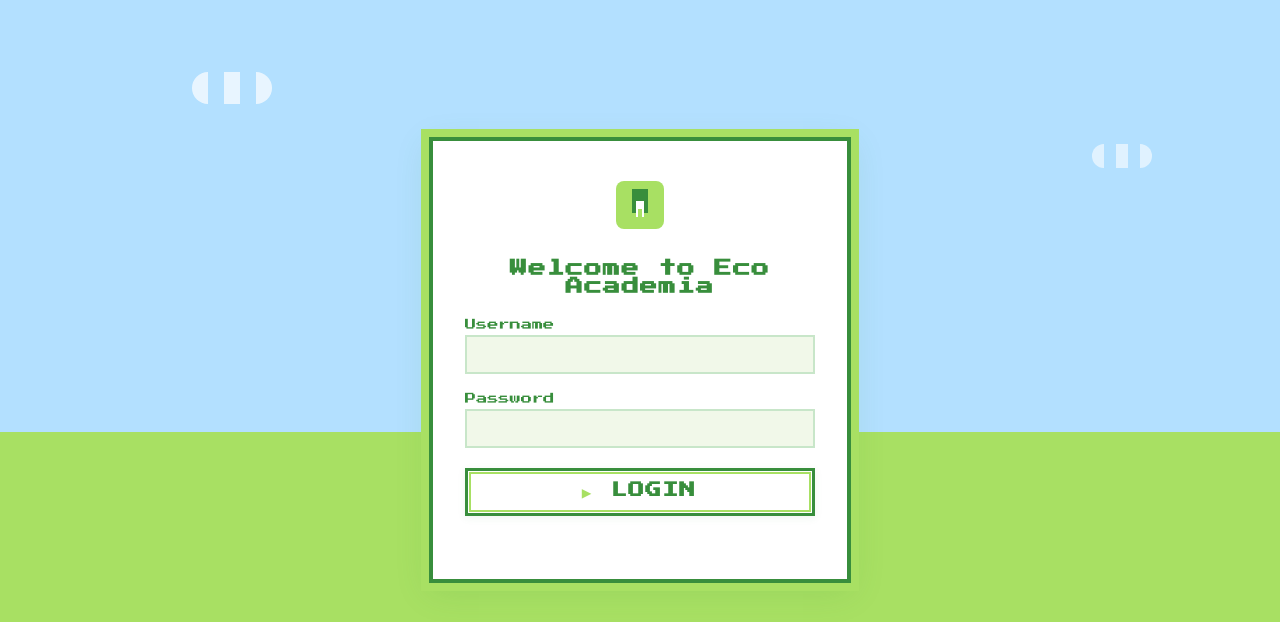
Repository: hotaruhshs/eco-academia
Page: login/index.html
An editor plug-in stored every save of this project. The page is shown before and after the next save, followed by the edit.
The browser window is 1280 px wide. The pictures show the whole page.

Above is the page before, as saved 2025-07-06 01:13:54.

### login/index.html
<!DOCTYPE html>
<html lang="en">
  <head>
    <meta charset="UTF-8" />
    <meta name="viewport" content="width=device-width, initial-scale=1.0" />
    <title>Eco Academia Login</title>
    <link rel="stylesheet" href="css/login.css" />
    <link
      href="https://fonts.googleapis.com/css2?family=Press+Start+2P&display=swap"
      rel="stylesheet"
    />
  </head>
  <body>
    <div class="login-container">
      <div class="login-card">
        <div class="login-logo">
          <img
            src="images/leaf.svg"
            alt="Eco Academia Logo"
            height="48"
            style="image-rendering: pixelated"
          />
        </div>
        <h2>Welcome to Eco Academia</h2>
        <form id="loginForm">
          <div class="input-group">
            <label for="username">Username</label>
            <input type="text" id="username" name="username" required />
          </div>
          <div class="input-group">
            <label for="password">Password</label>
            <input type="password" id="password" name="password" required />
          </div>
          <button type="submit">Login</button>
        </form>
        <div id="loginMessage"></div>
      </div>
    </div>
    <script src="js/login.js"></script>
  </body>
</html>

### login/css/login.css
/* Pixel art nature theme login page */
body {
  margin: 0;
  padding: 0;
  min-height: 100vh;
  font-family: "Press Start 2P", "Consolas", monospace;
  /* Pixel sky with clouds and grass */
  background: linear-gradient(to bottom, #b3e0ff 0 60%, #a8e063 60% 100%);
  position: relative;
  display: flex;
  align-items: center;
  justify-content: center;
}

body::before {
  content: "";
  position: absolute;
  top: 10%;
  left: 15%;
  width: 80px;
  height: 32px;
  background: repeating-linear-gradient(
    90deg,
    #fff 0 16px,
    transparent 16px 32px
  );
  opacity: 0.7;
  border-radius: 16px;
  filter: blur(0.5px);
  z-index: 0;
}
body::after {
  content: "";
  position: absolute;
  top: 20%;
  right: 10%;
  width: 60px;
  height: 24px;
  background: repeating-linear-gradient(
    90deg,
    #fff 0 12px,
    transparent 12px 24px
  );
  opacity: 0.6;
  border-radius: 12px;
  filter: blur(0.5px);
  z-index: 0;
}

.login-container {
  width: 100vw;
  height: 100vh;
  display: flex;
  align-items: center;
  justify-content: center;
  z-index: 1;
}

.login-card {
  background: #fff;
  border: 4px solid #388e3c;
  border-radius: 0;
  box-shadow: 0 0 0 8px #a8e063, 0 8px 32px rgba(56, 142, 60, 0.15);
  padding: 2.5rem 2rem 2rem 2rem;
  max-width: 350px;
  width: 100%;
  text-align: center;
  position: relative;
  image-rendering: pixelated;
}

.login-logo img {
  margin-bottom: 1rem;
  image-rendering: pixelated;
}

h2 {
  color: #388e3c;
  margin-bottom: 1.5rem;
  font-family: "Press Start 2P", "Consolas", monospace;
  font-size: 1.1rem;
  letter-spacing: 1px;
}

.input-group {
  margin-bottom: 1.2rem;
  text-align: left;
}

.input-group label {
  display: block;
  margin-bottom: 0.3rem;
  color: #388e3c;
  font-weight: 500;
  font-family: "Press Start 2P", "Consolas", monospace;
  font-size: 0.7rem;
}

.input-group input {
  width: 100%;
  box-sizing: border-box;
  padding: 0.6rem 0.6rem;
  border: 2.5px solid #c8e6c9;
  border-radius: 0;
  font-size: 1rem;
  background: #f1f8e9;
  font-family: "Press Start 2P", "Consolas", monospace;
  image-rendering: pixelated;
  transition: border 0.2s;
  margin: 0;
}

.input-group input:focus {
  border: 2.5px solid #388e3c;
  outline: none;
}

button[type="submit"] {
  width: 100%;
  padding: 0.7rem;
  background: #fff;
  color: #388e3c;
  border: 3px solid #388e3c;
  border-radius: 0;
  font-size: 1rem;
  font-family: "Press Start 2P", "Consolas", monospace;
  font-weight: 600;
  cursor: pointer;
  box-shadow: 0 2px 8px rgba(56, 142, 60, 0.08);
  image-rendering: pixelated;
  transition: background 0.2s, color 0.2s;
  position: relative;
  letter-spacing: 1px;
  text-transform: uppercase;
  outline: 2px solid #a8e063;
  outline-offset: -6px;
}

button[type="submit"]:hover {
  background: #388e3c;
  color: #fff;
  border-color: #a8e063;
  outline: 2px solid #388e3c;
}

button[type="submit"]::before {
  content: "▶ ";
  color: #a8e063;
  font-size: 1rem;
  position: relative;
  left: -2px;
  top: 0;
}

#loginMessage {
  margin-top: 1rem;
  color: #d32f2f;
  min-height: 1.2em;
  font-family: "Press Start 2P", "Consolas", monospace;
  font-size: 0.8rem;
}

@media (max-width: 500px) {
  .login-card {
    padding: 1.5rem 0.7rem 1.2rem 0.7rem;
    max-width: 95vw;
  }
}

@import url("https://fonts.googleapis.com/css2?family=Press+Start+2P&display=swap");

### login/images/leaf.svg
<svg width="48" height="48" viewBox="0 0 48 48" fill="none" xmlns="http://www.w3.org/2000/svg">
  <rect width="48" height="48" rx="8" fill="#a8e063"/>
  <rect x="16" y="8" width="16" height="24" fill="#388e3c"/>
  <rect x="20" y="20" width="8" height="16" fill="#fff"/>
  <rect x="22" y="28" width="4" height="8" fill="#a8e063"/>
</svg>

### login/js/login.js
// Simulate login for static prototype
const loginForm = document.getElementById('loginForm');
const loginMessage = document.getElementById('loginMessage');

loginForm.addEventListener('submit', function(e) {
    e.preventDefault();
    const username = document.getElementById('username').value.trim();
    const password = document.getElementById('password').value.trim();

    // Simulate login: accept any non-empty username/password
    if (username && password) {
        loginMessage.style.color = '#388e3c';
        loginMessage.textContent = 'Login successful! Redirecting...';
        setTimeout(() => {
            window.location.href = '../dashboard/index.html'; // Placeholder redirect
        }, 1200);
    } else {
        loginMessage.style.color = '#d32f2f';
        loginMessage.textContent = 'Please enter both username and password.';
    }
});

After the next save:
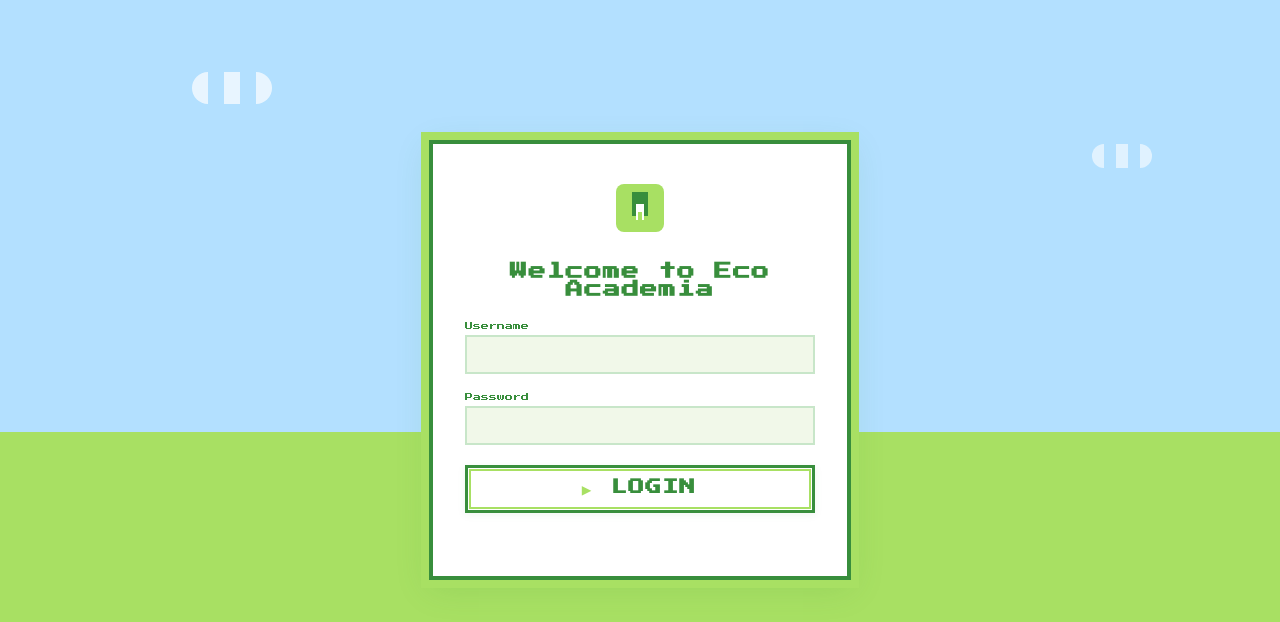
Saved 117 s later.
--- a/login/css/login.css
+++ b/login/css/login.css
@@ -93,7 +93,7 @@ h2 {
   color: #388e3c;
   font-weight: 500;
   font-family: "Press Start 2P", "Consolas", monospace;
-  font-size: 0.7rem;
+  font-size: 0.5rem;
 }
 
 .input-group input {
